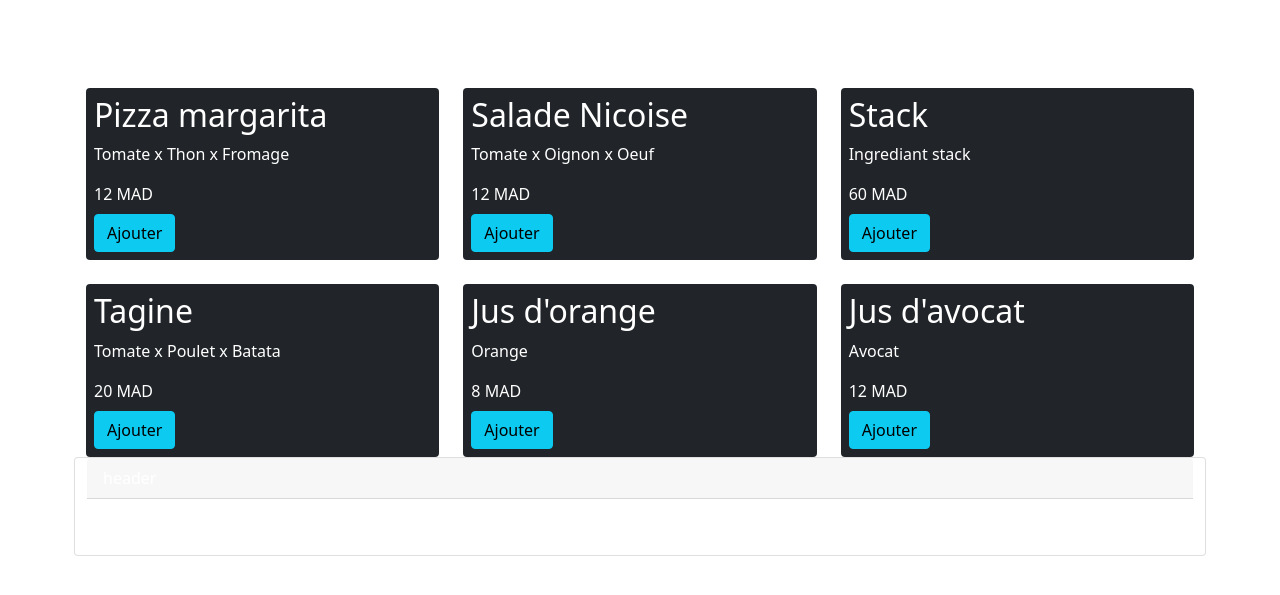
Repository: FS-23/my-restaurant
Page: /
An editor plug-in stored every save of this project. The page is shown before and after the next save, followed by the edit.
The browser window is 1280 px wide. The pictures show the whole page.
The project was rebuilt for these pictures with package versions that can differ from the ones it lists, and the page was loaded fresh each time.

Above is the page before, as saved 2022-04-29 14:07:39.

### public/index.html
<!DOCTYPE html>
<html lang="en">
  <head>
    <meta charset="utf-8" />
    <link rel="icon" href="%PUBLIC_URL%/favicon.ico" />
    <meta name="viewport" content="width=device-width, initial-scale=1" />
    <meta name="theme-color" content="#000000" />
    <meta
      name="description"
      content="Web site created using create-react-app"
    />
    <link rel="apple-touch-icon" href="%PUBLIC_URL%/logo192.png" />
    <!--
      manifest.json provides metadata used when your web app is installed on a
      user's mobile device or desktop. See https://developers.google.com/web/fundamentals/web-app-manifest/
    -->
    <link rel="manifest" href="%PUBLIC_URL%/manifest.json" />
    <!--
      Notice the use of %PUBLIC_URL% in the tags above.
      It will be replaced with the URL of the `public` folder during the build.
      Only files inside the `public` folder can be referenced from the HTML.

      Unlike "/favicon.ico" or "favicon.ico", "%PUBLIC_URL%/favicon.ico" will
      work correctly both with client-side routing and a non-root public URL.
      Learn how to configure a non-root public URL by running `npm run build`.
    -->
    <title>React App</title>
    <!-- CSS only -->
<link href="https://cdn.jsdelivr.net/npm/bootstrap@5.1.3/dist/css/bootstrap.min.css" rel="stylesheet">
  </head>
  <body>
    <noscript>You need to enable JavaScript to run this app.</noscript>
    <div id="root"></div>
    <!--
      This HTML file is a template.
      If you open it directly in the browser, you will see an empty page.

      You can add webfonts, meta tags, or analytics to this file.
      The build step will place the bundled scripts into the <body> tag.

      To begin the development, run `npm start` or `yarn start`.
      To create a production bundle, use `npm run build` or `yarn build`.
    -->
  </body>
</html>

### src/index.css
.plat-container:hover {
     top: -10px;

}

.plat-container {
  top: 0;
  transition: top 0.5s;
}


.app-gradient-container {
   background-image: linear-gradient(160deg , red , blue);
   opacity: 0.2;
}

### src/App.js
import Menu from './components/Menu'
function App() {
  return (
    <div className="">
       <div className='vw-100 vh-100 position-fixed text-white'>
           <div className='position-absolute d-none top-0 w-100 h-100 bg-dark app-gradient-container'>

           </div>
           <div className="mt-5 p-3 rounded container ">
              <Menu />
           </div>
       </div>
    </div>
  );
}

export default App;

### src/components/Menu.js
import { useState } from "react"
import Plat from "./Plat"
function Menu(){
    let [orders , setOrders] = useState([])
    let menuList = [
          {id: 1 , name: "Pizza margarita" , price: 12 , ingredient: "Tomate x Thon x Fromage"},
          {id: 2 , name: "Salade Nicoise" , price: 12 , ingredient: "Tomate x Oignon x Oeuf"},
          {id: 3 , name: "Stack" , price: 60 , ingredient: "Ingrediant stack"},
          {id: 4 , name: "Tagine" , price: 20 , ingredient: "Tomate x Poulet x Batata"},
          {id: 5 , name: "Jus d'orange" , price: 8 , ingredient: "Orange"},
          {id: 6 , name: "Jus d'avocat" , price: 12 , ingredient: "Avocat"},
    ]

    return (
        <div className="row">
           {
               menuList.map((menu) =>   < Plat name= {menu.name} price={menu.price} ingredient={menu.ingredient} />)
           }
           <div className="card">
                 <div className="card-header">header</div>
                <div className="card-body">body</div>

           </div>
           <div className="bg-dark rounded mt-5">


           </div>

        </div>
    )
}

export default Menu

### src/components/Plat.js

function Plat (props){
    return(
        <div className=" col-1 col-sm-2 col-lg-4 mt-4 position-relative plat-container" >
            <div className="bg-dark p-2 rounded">
                <h2>{props.name} </h2>
                <p> {props.ingredient}</p>
                <div>
                    {props.price} MAD
                </div>
                <button className="btn btn-info mt-2">Ajouter</button>
            </div>
       </div>


    )
}

export default Plat

Loaded but not shown: src/index.js (common file)

After the next save:
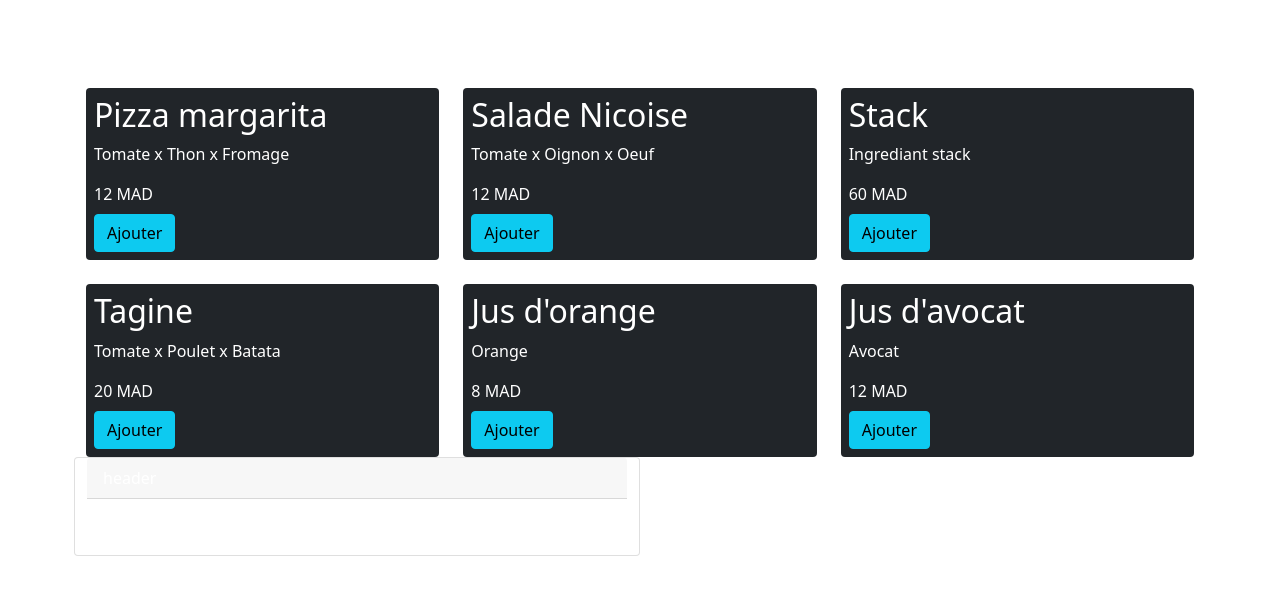
Saved 15 s later.
--- a/src/components/Menu.js
+++ b/src/components/Menu.js
@@ -16,10 +16,9 @@ function Menu(){
            {
                menuList.map((menu) =>   < Plat name= {menu.name} price={menu.price} ingredient={menu.ingredient} />)
            }
-           <div className="card">
+           <div className="card w-50">
                  <div className="card-header">header</div>
-                <div className="card-body">body</div>
-
+                  <div className="card-body">body</div>
            </div>
            <div className="bg-dark rounded mt-5">
 
